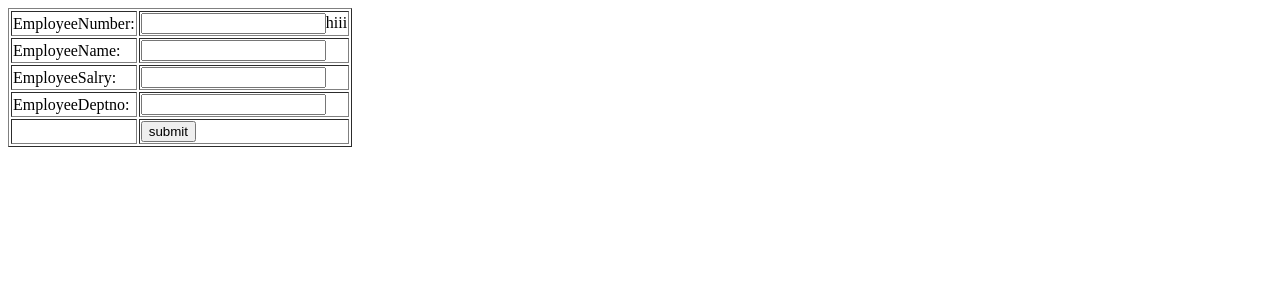
Repository: pramodwus/SpringBoot-Security
Page: http://localhost/Boot-EMS/addEmployee.jsp
The author's editor kept a copy of each file at every save. The page is drawn from the files as they stood at one save, then again after the next save.
The browser window is 1280 px wide. The pictures show the whole page.
The page is served by Tomcat 9.

Above is the page before, as saved 2019-04-19 07:18:48.

After the next save:
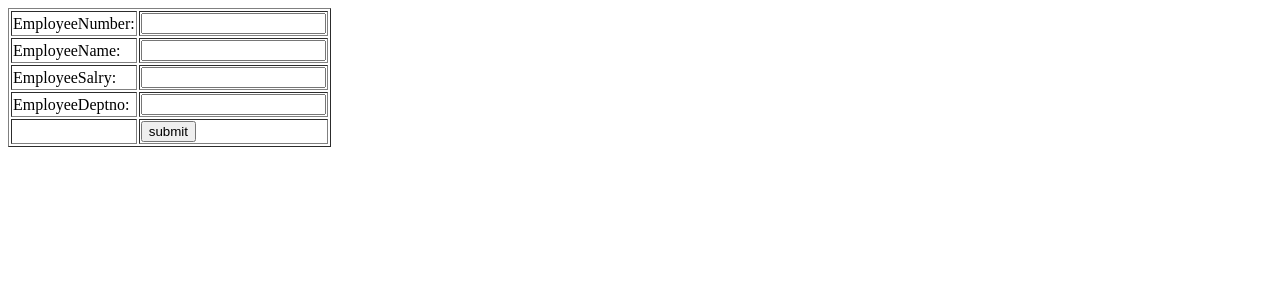
Saved 14 s later.
--- a/Boot-EMS/src/main/webapp/addEmployee.jsp
+++ b/Boot-EMS/src/main/webapp/addEmployee.jsp
@@ -4,7 +4,7 @@
 <body>
 <table border=1>
 <form action="insert" method="post">
-<tr><td>EmployeeNumber:</td><td><input type="text" name="empId">hiii</td></tr>
+<tr><td>EmployeeNumber:</td><td><input type="text" name="empId"></td></tr>
 <tr><td>EmployeeName:</td><td><input type="text" name="empName"></td></tr>
 <tr><td>EmployeeSalry:</td><td><input type="text" name="empSalary"></td></tr>
 <tr><td>EmployeeDeptno:</td><td><input type="text" name="deptNo"></td></tr>
